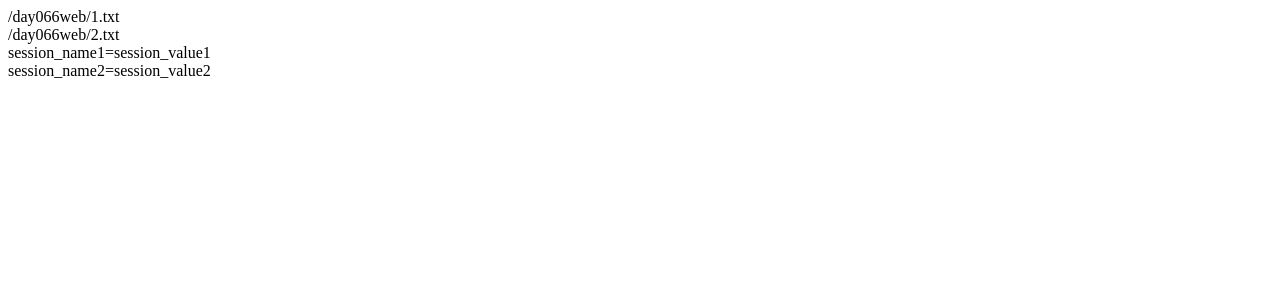
Repository: byuan98/study
Page: http://localhost/day066web/jsp/TestOne.jsp
These files come from the project's save history. The page is drawn as it stood at one moment and after a run of saves; the edit follows.
The browser window is 1280 px wide. The pictures show the whole page.
The page is served by Tomcat 9.

Above is the page before, as saved 2021-03-25 14:26:13.

After the next 2 saves:
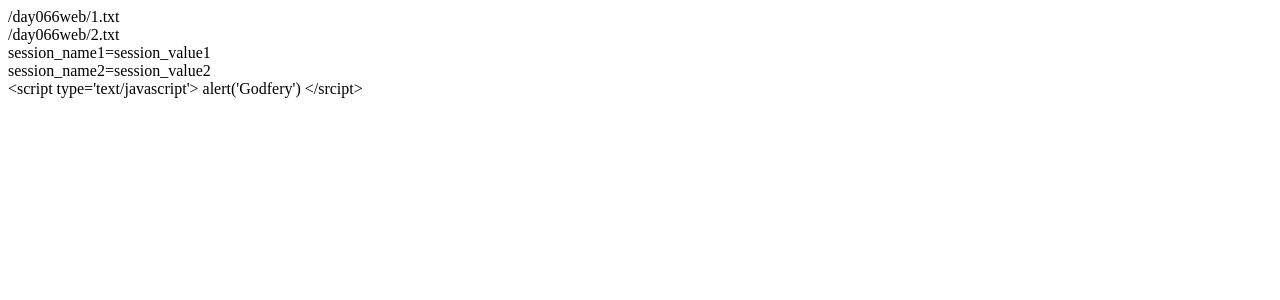
The 2 saves are shown as one change because 1 did not build or start.
The last was saved 16 min 19 s later.
--- a/day066web/WebContent/jsp/TestOne.jsp
+++ b/day066web/WebContent/jsp/TestOne.jsp
@@ -24,6 +24,10 @@
       %>
       session_name1=${sessionScope.session_name1}<br/>
       session_name2=${sessionScope.session_name2}<br/>
+  <!-- 3、out标签 -->
+    <!-- outb标签作用：输出域属性 -->
+    <core:set value="<script type='text/javascript'> alert('Godfery') </srcipt>" var="text1"/>
+    <core:out value="${text1}"/>
 
 </body>
 </html>

After the 4 saves that followed:
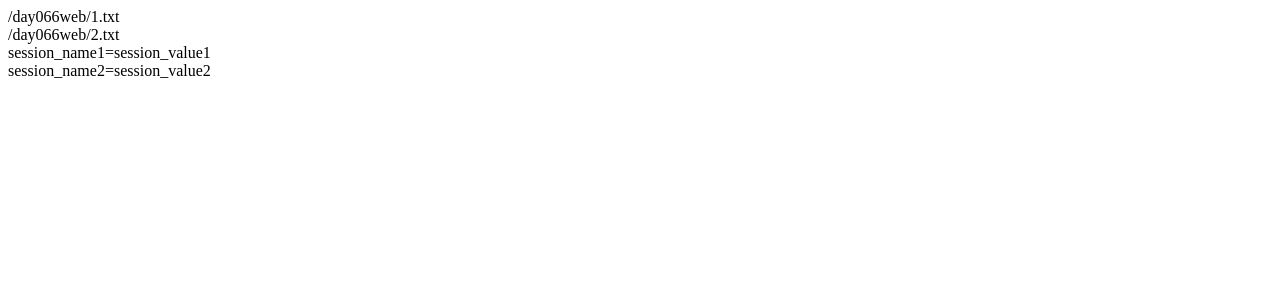
The 4 saves are shown as one change because 1 did not build or start and 2 left the picture as it was.
The last was saved 2 min 23 s later.
--- a/day066web/WebContent/jsp/TestOne.jsp
+++ b/day066web/WebContent/jsp/TestOne.jsp
@@ -27,7 +27,8 @@
   <!-- 3、out标签 -->
     <!-- outb标签作用：输出域属性 -->
     <core:set value="<script type='text/javascript'> alert('Godfery') </srcipt>" var="text1"/>
-    <core:out value="${text1}"/>
+    <%--<core:out value="${text1}" default="默认值" escapeXml="true"/><!-- 无弹窗 --> --%>
+    <core:out value="${text1}" default="默认值" escapeXml="false"/><!-- 有弹窗 -->
 
 </body>
 </html>
